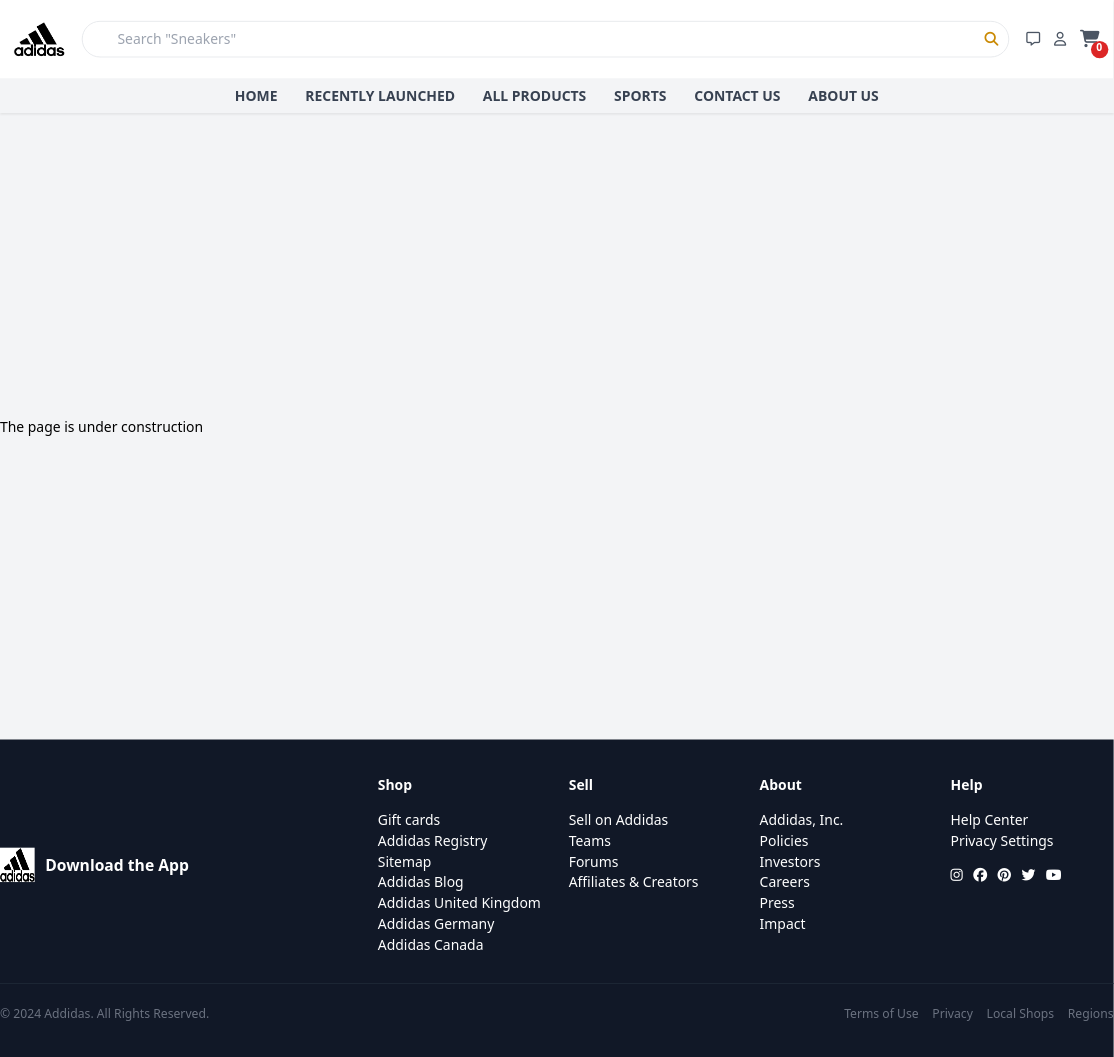
Repository: AsirAl-Anan/mid-01
Page: pages/under-construction.html
These files come from the project's save history. The page is drawn as it stood at one moment and after the next save; the edit follows.
The browser window is 1280 px wide. The pictures show the whole page, at 87% of full size.
Some web libraries are served in a nearby version.

Above is the page before, as saved 2024-09-08 21:37:11.
Console error: TypeError: Cannot read properties of null (reading 'addEventListener')

### pages/under-construction.html
<!DOCTYPE html>
<html lang="en">
  <head>
    <meta charset="UTF-8" />
    <meta name="viewport" content="width=device-width, initial-scale=1.0" />
    <title>under construction</title>
    <script src="https://cdn.tailwindcss.com"></script>

    <script src="https://kit.fontawesome.com/a3592fbd7b.js" crossorigin="anonymous"></script>
    <script src="../js/script.js"></script>

  </head>
  <body class="bg-gray-100">
    <!-- navbar -->

    <header class="bg-white shadow">
        <div class="container mx-auto px-4">
          <div class="flex justify-between items-center py-4 md:py-6">
            <!-- Logo -->
            <div class="flex items-center">
              <img src="../img/logo/Adidas_Logo.png" alt="Logo" class="h-10">
            </div>

            <!-- Search Bar -->
            <div class="relative flex-1 hidden md:block mx-5">
              <div class="flex items-center">
                <input type="text" placeholder='Search "Sneakers"'
                  class="w-full border rounded-full py-2 px-4 pl-10 focus:outline-none focus:ring-2 focus:ring-yellow-500" />
                <button class="absolute inset-y-0 right-0 flex items-center pr-3 text-yellow-600">
                  <i class="fa-solid fa-magnifying-glass"></i>
                </button>
              </div>
            </div>

            <!-- Icons -->
            <div class="flex items-center space-x-4">
              <a href="#" class="text-gray-600 hover:text-gray-800 hidden md:inline-block">
                <i class="fa-regular fa-message"></i>
              </a>
              <a href="#" class="text-gray-600 hover:text-gray-800 hidden md:inline-block">
                <i class="fa-regular fa-user"></i>
              </a>
              <a href="#" class="text-gray-600 hover:text-gray-800 relative " id="cartToggle">
                <i class="fa-solid fa-cart-shopping text-xl"  ></i>
                <span class="absolute top-4 left-3 inline-block w-5 h-5 text-xs font-bold text-white bg-red-600 rounded-full text-center "  id="cartCount">
                  0
                </span>
              </a>

              <button class="text-gray-600 hover:text-gray-800 md:hidden mobile-menu-btn">
                <i class="fa-solid fa-bars"></i>
              </button>
            </div>
          </div>
        </div>

        <!-- Navbar Links -->
        <nav class="bg-gray-100 hidden md:block">
          <div class="container mx-auto px-4 py-2 flex justify-center space-x-8">
            <a href="../index.html" class="text-gray-700 text-sm lg:text-base hover:text-yellow-600 font-semibold">HOME</a>
            <a href="under-construction.html" class="text-gray-700 text-sm lg:text-base hover:text-yellow-600 font-semibold">RECENTLY LAUNCHED</a>
            <a href="#" class="text-gray-700 text-sm lg:text-base hover:text-yellow-600 font-semibold">ALL PRODUCTS</a>
            <a href="under-construction.html" class="text-gray-700 text-sm lg:text-base hover:text-yellow-600 font-semibold">SPORTS</a>
            <a href="contact.html" class="text-gray-700 text-sm lg:text-base hover:text-yellow-600 font-semibold">CONTACT US</a>
            <a href="../index.html#about" class="text-gray-700 text-sm lg:text-base hover:text-yellow-600 font-semibold">ABOUT US</a>
          </div>
        </nav>

        <!-- Small/Medium Device Searchbar Navbar -->
        <nav class="bg-gray-100 md:hidden">
          <div class="container mx-auto px-4 py-2 flex items-center">
            <div class="relative flex-1">
              <div class="flex items-center">
                <button class="absolute inset-y-0 left-0 flex items-center pl-3 text-yellow-600">
                  <i class="fa-solid fa-magnifying-glass"></i>
                </button>
                <input type="text" placeholder='Search "Sneakers"'
                  class="w-full border rounded-full py-2 px-4 pl-10 focus:outline-none focus:ring-2 focus:ring-yellow-500" />
              </div>
            </div>
          </div>
        </nav>

        <!-- Mobile Menu -->
        <div class="mobile-menu hidden md:hidden">
          <div class="container mx-auto px-4 py-4 flex flex-col space-y-4">
            <a href="../index.html" class="text-gray-700 text-sm lg:text-base hover:text-yellow-600 font-semibold">HOME</a>
            <a href="under-construction.html" class="text-gray-700 text-sm lg:text-base hover:text-yellow-600 font-semibold">RECENTLY LAUNCHED</a>
            <a href="#" class="text-gray-700 text-sm lg:text-base hover:text-yellow-600 font-semibold">ALL PRODUCTS</a>
            <a href="under-construction.html" class="text-gray-700 text-sm lg:text-base hover:text-yellow-600 font-semibold">SPORTS</a>
            <a href="contact.html" class="text-gray-700 text-sm lg:text-base hover:text-yellow-600 font-semibold">CONTACT US</a>
            <a href="../index.html#about" class="text-gray-700 text-sm lg:text-base hover:text-yellow-600 font-semibold">ABOUT US</a>
          </div>
        </div>
      </header>



        <div class="container flex h-[100vh] w-full items-center">
          <p class="text-center">The page is under construction</p>
        </div>




    <!-- footer -->
    <footer class="bg-gray-900 text-white py-10  ">
      <div class="container mx-auto flex flex-col md:flex-row justify-between items-center">
          <!-- Left Section -->
          <div class="mb-6 md:mb-0">
              <a href="#" class="flex items-center space-x-3">
                  <img src="../img/logo/Adidas_Logo.png" alt="Logo" class="w-10 h-10 bg-white " >
                  <span class="text-lg font-semibold">Download the App</span>
              </a>
          </div>
          <!-- Middle Section -->
          <div class="grid grid-cols-2 md:grid-cols-4 gap-8">
              <div>
                  <h3 class="font-bold mb-4">Shop</h3>
                  <ul>
                      <li><a href="#" class="hover:text-gray-400">Gift cards</a></li>
                      <li><a href="#" class="hover:text-gray-400">Addidas Registry</a></li>
                      <li><a href="#" class="hover:text-gray-400">Sitemap</a></li>
                      <li><a href="#" class="hover:text-gray-400">Addidas Blog</a></li>
                      <li><a href="#" class="hover:text-gray-400">Addidas United Kingdom</a></li>
                      <li><a href="#" class="hover:text-gray-400">Addidas Germany</a></li>
                      <li><a href="#" class="hover:text-gray-400">Addidas Canada</a></li>
                  </ul>
              </div>
              <div>
                  <h3 class="font-bold mb-4">Sell</h3>
                  <ul>
                      <li><a href="#" class="hover:text-gray-400">Sell on Addidas</a></li>
                      <li><a href="#" class="hover:text-gray-400">Teams</a></li>
                      <li><a href="#" class="hover:text-gray-400">Forums</a></li>
                      <li><a href="#" class="hover:text-gray-400">Affiliates & Creators</a></li>
                  </ul>
              </div>
              <div>
                  <h3 class="font-bold mb-4">About</h3>
                  <ul>
                      <li><a href="#" class="hover:text-gray-400">Addidas, Inc.</a></li>
                      <li><a href="#" class="hover:text-gray-400">Policies</a></li>
                      <li><a href="#" class="hover:text-gray-400">Investors</a></li>
                      <li><a href="#" class="hover:text-gray-400">Careers</a></li>
                      <li><a href="#" class="hover:text-gray-400">Press</a></li>
                      <li><a href="#" class="hover:text-gray-400">Impact</a></li>
                  </ul>
              </div>
              <div>
                  <h3 class="font-bold mb-4">Help</h3>
                  <ul>
                      <li><a href="#" class="hover:text-gray-400">Help Center</a></li>
                      <li><a href="#" class="hover:text-gray-400">Privacy Settings</a></li>
                      <li class="mt-4 flex space-x-3">
                          <!-- Social Icons -->
                          <a href="#" class="hover:text-gray-400"><i class="fab fa-instagram"></i></a>
                          <a href="#" class="hover:text-gray-400"><i class="fab fa-facebook"></i></a>
                          <a href="#" class="hover:text-gray-400"><i class="fab fa-pinterest"></i></a>
                          <a href="#" class="hover:text-gray-400"><i class="fab fa-twitter"></i></a>
                          <a href="#" class="hover:text-gray-400"><i class="fab fa-youtube"></i></a>
                      </li>
                  </ul>
              </div>
          </div>
      </div>

      <!-- Bottom Section -->
      <div class="border-t border-gray-800 mt-8 pt-6 text-sm text-gray-500 text-center">
          <div class="container mx-auto flex flex-col md:flex-row justify-between items-center">
              <div>&copy; 2024 Addidas. All Rights Reserved.</div>
              <div class="space-x-3 mt-4 md:mt-0">
                  <a href="#" class="hover:text-gray-400">Terms of Use</a>
                  <a href="#" class="hover:text-gray-400">Privacy</a>
                  <a href="#" class="hover:text-gray-400">Local Shops</a>
                  <a href="#" class="hover:text-gray-400">Regions</a>
              </div>
          </div>
      </div>
  </footer>
  </body>
</html>

### js/script.js
document.addEventListener('DOMContentLoaded', function() {
    // Toggle the mobile menu
    const mobileMenuBtn = document.querySelector('.mobile-menu-btn');
    const mobileMenu = document.querySelector('.mobile-menu');

    mobileMenuBtn.addEventListener('click', () => {
      mobileMenu.classList.toggle('hidden');
    });
 // Carousel script
 const carousel = document.getElementById('carousel');
 const dots = document.querySelectorAll('button[id^="dot-"]');
 let index = 0;

 const slideImages = () => {
   const totalSlides = carousel.children.length;
   index = (index + 1) % totalSlides;
   carousel.style.transform = `translateX(-${index * 100}%)`;
   updateActiveDot();
 };

 const updateActiveDot = () => {
   dots.forEach((dot, i) => {
     if (i === index) {
       dot.classList.add('bg-gray-500');
       dot.classList.remove('bg-gray-300');
     } else {
       dot.classList.remove('bg-gray-500');
       dot.classList.add('bg-gray-300');
     }
   });
 };

 dots.forEach((dot, i) => {
   dot.addEventListener('click', () => {
     index = i;
     carousel.style.transform = `translateX(-${index * 100}%)`;
     updateActiveDot();
   });
 });

 setInterval(slideImages, 2000);

  });

  //tabing system
  function changeTab(tab) {
    // Hide all tabs
    document.querySelectorAll('.grid').forEach(grid => grid.classList.add('hidden'));

    // Show the clicked tab
    document.getElementById(tab).classList.remove('hidden');

    // Update tab styling
    document.querySelectorAll('button').forEach(btn => {
      btn.classList.remove('border-black');
      btn.classList.add('border-transparent');
    });
    document.getElementById('tab-' + tab).classList.remove('border-transparent');
    document.getElementById('tab-' + tab).classList.add('border-black');
  }





//cart
document.addEventListener('DOMContentLoaded' ,()=>{
// Cart functionality
let cart = JSON.parse(localStorage.getItem('cart')) || [];
const cartDrawer = document.getElementById('cartDrawer');
const cartToggle = document.getElementById('cartToggle');
const closeCart = document.getElementById('closeCart');
const continueShopping = document.getElementById('continueShopping');
const cartItems = document.getElementById('cartItems');
const cartTotal = document.getElementById('cartTotal');
const cartCount = document.getElementById('cartCount');

function updateCart() {
    cartItems.innerHTML = '';
    let total = 0;
    cart.forEach((item, index) => {
        const itemElement = document.createElement('div');
        itemElement.classList.add('flex', 'py-6');
        itemElement.innerHTML = `
            <div class="h-24 w-24 flex-shrink-0 overflow-hidden rounded-md border border-gray-200">
                <img src="${item.image}" alt="${item.name}" class="h-full w-full object-cover object-center">
            </div>
            <div class="ml-4 flex flex-1 flex-col">
                <div>
                    <div class="flex justify-between text-base font-medium text-gray-900">
                        <h3>${item.name}</h3>
                        <p class="ml-4">৳${item.price}</p>
                    </div>
                </div>
                <div class="flex flex-1 items-end justify-between text-sm">
                    <div class="flex items-center">
                        <button onclick="changeQuantity(${index}, -1)" class="font-medium text-indigo-600 hover:text-indigo-500 px-2">-</button>
                        <p class="text-gray-500 px-2">${item.quantity}</p>
                        <button onclick="changeQuantity(${index}, 1)" class="font-medium text-indigo-600 hover:text-indigo-500 px-2">+</button>
                    </div>
                    <button type="button" onclick="removeItem(${index})" class="font-medium text-indigo-600 hover:text-indigo-500">Remove</button>
                </div>
            </div>
        `;
        cartItems.appendChild(itemElement);
        total += item.price * item.quantity;
    });
    cartTotal.textContent = `৳${total.toFixed(2)}`;
    cartCount.textContent = cart.reduce((sum, item) => sum + item.quantity, 0);
    localStorage.setItem('cart', JSON.stringify(cart));
}

function addToCart(product) {
    const existingItem = cart.find(item => item.id === product.id);
    if (existingItem) {
        existingItem.quantity++;
    } else {
        cart.push({ ...product, quantity: 1 });
    }
    updateCart();
    openCart();
}

function changeQuantity(index, change) {
    cart[index].quantity += change;
    if (cart[index].quantity <= 0) {
        removeItem(index);
    } else {
        updateCart();
    }
}

function removeItem(index) {
    cart.splice(index, 1);
    updateCart();
}

function openCart() {
    cartDrawer.classList.remove('translate-x-full');
}

function closeCartDrawer() {
    cartDrawer.classList.add('translate-x-full');
}

cartToggle.addEventListener('click', (e) => {
    e.preventDefault();
    openCart();
});

closeCart.addEventListener('click', closeCartDrawer);
continueShopping.addEventListener('click', closeCartDrawer);

// Add event listeners to your "Add to Cart" buttons
document.querySelectorAll('.add-to-cart-btn').forEach(button => {
    button.addEventListener('click', () => {
        const product = {
            id: button.dataset.id,
            name: button.dataset.name,
            price: parseFloat(button.dataset.price),
            image: button.dataset.image
        };
        addToCart(product);
    });
});

// Initial cart update
updateCart();




// let itemNumber = parseFloat(document.querySelector('#item').innerHTML)
// let totalItems = parseFloat(cartCount.innerHTML)

// document.querySelector('#item').innerHTML = totalItems;



//update info


})

After the next save:
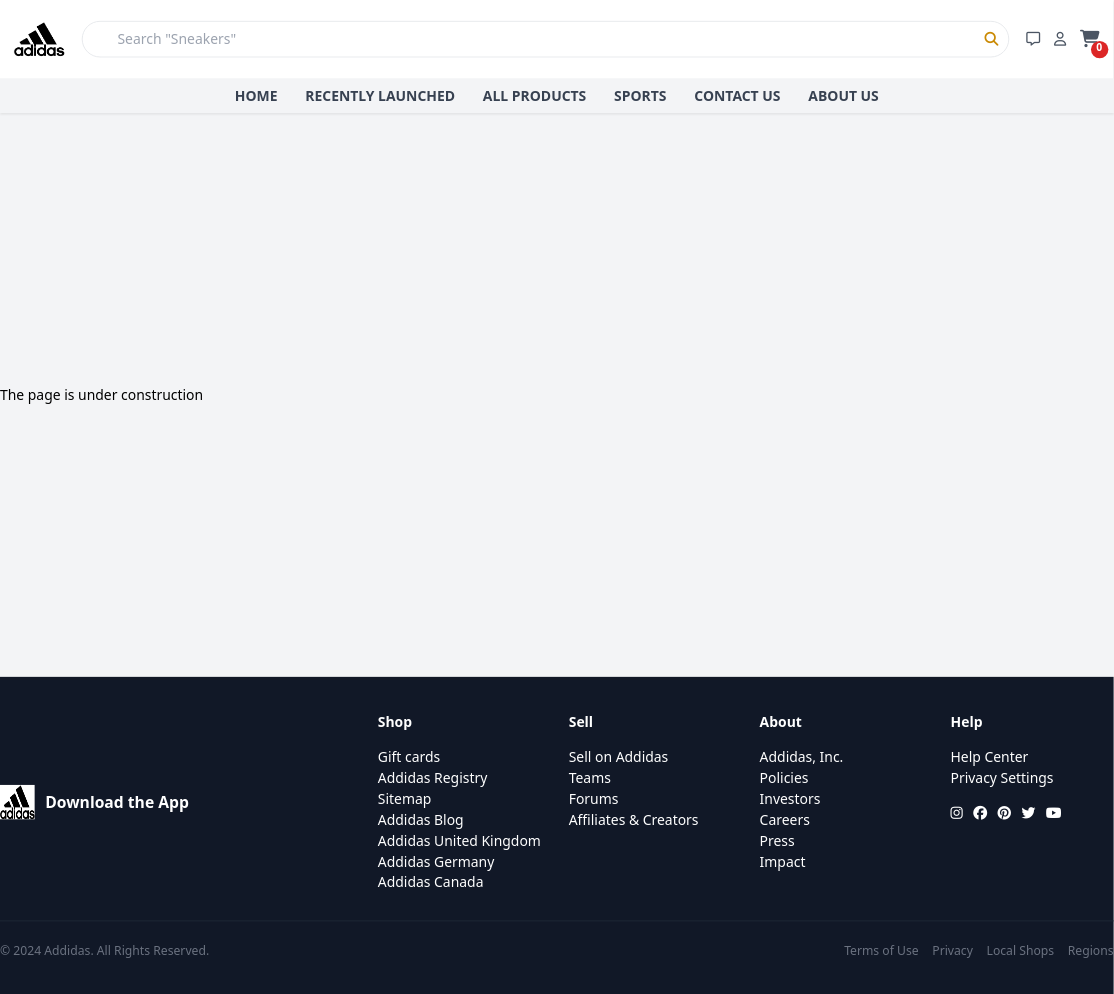
Saved 16 s later.
--- a/pages/under-construction.html
+++ b/pages/under-construction.html
@@ -96,7 +96,7 @@
 
 
 
-        <div class="container flex h-[100vh] w-full items-center">
+        <div class="container flex h-[90vh] w-full items-center">
           <p class="text-center">The page is under construction</p>
         </div>
 
